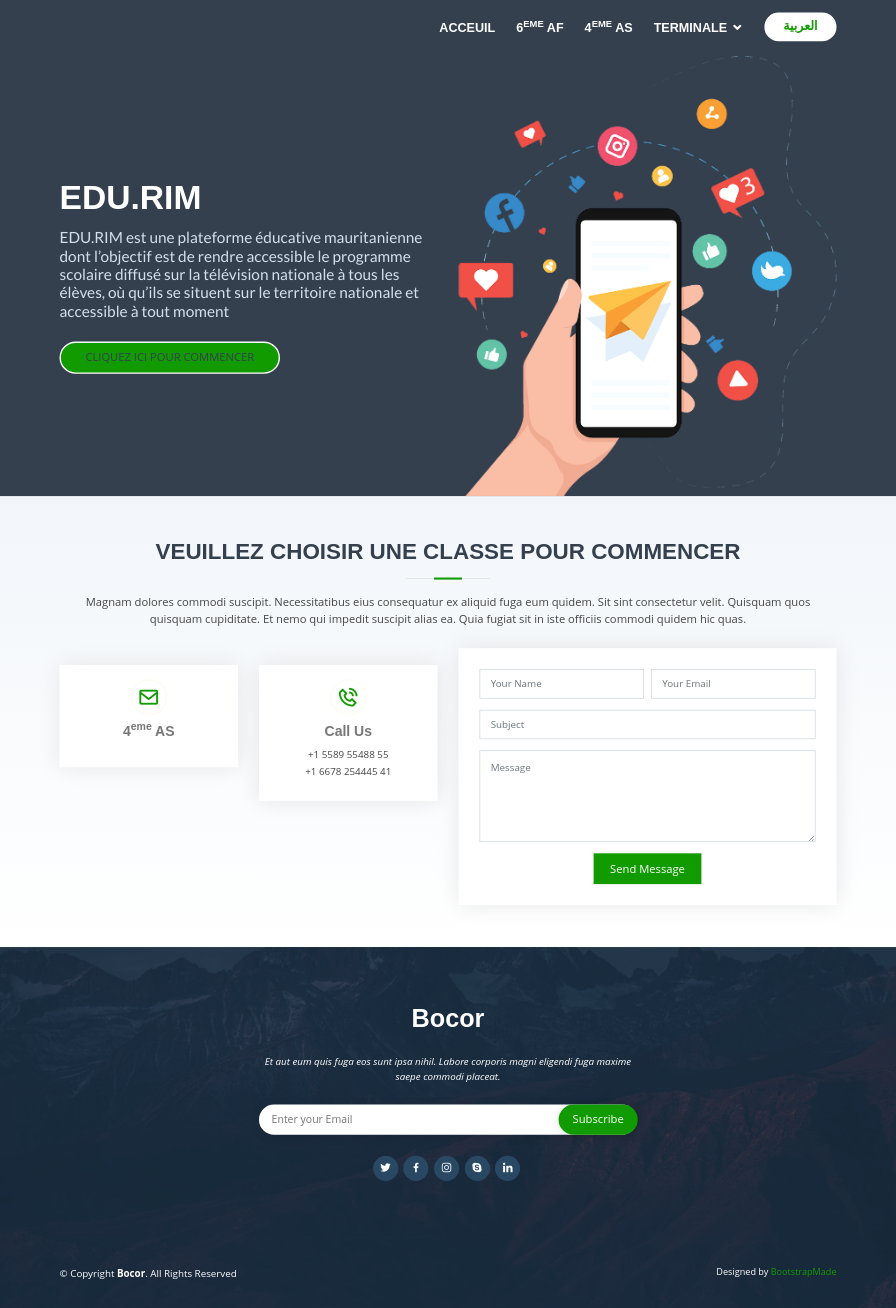
Repository: athiemohamed/courat
Page: http://localhost/
These files come from the project's save history. The page is drawn as it stood at one moment and after a run of saves; the edit follows.
The browser window is 1280 px wide. The pictures show the whole page, at 70% of full size.
Some web fonts or font styles are not loaded; a fallback is used. The page is run by PHP 8.4 with error messages shown; the project is at /var/www/html/. Other server files are loaded and not shown.

Above is the page before, as saved 2020-03-26 12:13:19.

### assets/css/style.css
/**
* Template Name: Bocor - v2.0.0
* Template URL: https://bootstrapmade.com/bocor-bootstrap-template-nice-animation/
* Author: BootstrapMade.com
* License: https://bootstrapmade.com/license/
*/

/*--------------------------------------------------------------
# General
--------------------------------------------------------------*/
body {
  font-family: "Open Sans", sans-serif;
  color: #444444;
}

a {
  color: #129b00;
}

a:hover {
  color: #129b00;
  text-decoration: none;
}

h1, h2, h3, h4, h5, h6 {
  font-family: "Raleway", sans-serif;
}

/*--------------------------------------------------------------
# Back to top button
--------------------------------------------------------------*/
.back-to-top {
  position: fixed;
  display: none;
  width: 40px;
  height: 40px;
  border-radius: 50px;
  right: 15px;
  bottom: 15px;
  background: #129b00;
  color: #fff;
  transition: display 0.5s ease-in-out;
  z-index: 99999;
  transition: all ease-in-out 0.3s;
}

.back-to-top i {
  font-size: 24px;
  position: absolute;
  top: 8px;
  left: 8px;
}

.back-to-top:hover {
  color: #fff;
  background: #129b00;
}

/*--------------------------------------------------------------
# Header
--------------------------------------------------------------*/
#header {
  height: 80px;
  transition: all 0.5s;
  z-index: 997;
  transition: all 0.5s;
  padding: 16px 0;
  background: #35404f;
}

#header .logo h1 {
  font-size: 24px;
  margin: 0;
  padding: 10px 0;
  line-height: 1;
  font-weight: 700;
  letter-spacing: 3px;
  text-transform: uppercase;
  font-family: "Poppins", sans-serif;
}

#header .logo h1 a, #header .logo h1 a:hover {
  color: #fff;
  text-decoration: none;
}

#header .logo h1 a span, #header .logo h1 a:hover span {
  color: #129b00;
}

#header .logo img {
  padding: 0;
  margin: 0;
  max-height: 40px;
}

/*--------------------------------------------------------------
# Navigation Menu
--------------------------------------------------------------*/
/* Desktop Navigation */
.nav-menu, .nav-menu * {
  margin: 0;
  padding: 0;
  list-style: none;
}

.nav-menu > ul > li {
  position: relative;
  white-space: nowrap;
  float: left;
}

.nav-menu ul {
  border-radius: 6px;
}

.nav-menu a {
  display: block;
  position: relative;
  color: #fff;
  font-weight: bold;
  padding: 10px 15px;
  transition: 0.3s;
  font-size: 18px;
  font-family: 'Cairo', sans-serif;
  font-weight: bold;
}

.nav-menu a:hover, .nav-menu .active > a, .nav-menu li:hover > a {
  color: #fff;
  text-decoration: none;
}

.nav-menu .get-started a {
  background: #fff;
  font-size: 18px;
  font-family: 'Cairo', sans-serif;
  color: #129b00;
  border-radius: 50px;
  margin: 2px 0 0 15px;
  padding: 4px 25px 6px 25px;
  border: 2px solid #fff;
}

.nav-menu .get-started a:hover {
  background: #129b00;
  color: #fff;
  border: 2px solid #129b00;
}

.nav-menu .drop-down ul {
  display: block;
  position: absolute;
  left: 0;
  top: calc(100% - 30px);
  z-index: 99;
  opacity: 0;
  visibility: hidden;
  padding: 10px 0;
  background: #fff;
  box-shadow: 0px 0px 30px rgba(127, 137, 161, 0.25);
  transition: ease all 0.3s;
}

.nav-menu .drop-down:hover > ul {
  opacity: 1;
  top: 100%;
  visibility: visible;
}

.nav-menu .drop-down li {
  min-width: 180px;
  position: relative;
}

.nav-menu .drop-down ul a {
  padding: 10px 20px;
  font-size: 14px;
  font-weight: 500;
  text-transform: none;
  color: #35404f;
}

.nav-menu .drop-down ul a:hover, .nav-menu .drop-down ul .active > a, .nav-menu .drop-down ul li:hover > a {
  color: #129b00;
}

.nav-menu .drop-down > a:after {
  content: "\ea99";
  font-family: IcoFont;
  padding-left: 5px;
}

.nav-menu .drop-down .drop-down ul {
  top: 0;
  left: calc(100% - 30px);
}

.nav-menu .drop-down .drop-down:hover > ul {
  opacity: 1;
  top: 0;
  left: 100%;
}

.nav-menu .drop-down .drop-down > a {
  padding-right: 35px;
}

.nav-menu .drop-down .drop-down > a:after {
  content: "\eaa0";
  font-family: IcoFont;
  position: absolute;
  right: 15px;
}

@media (max-width: 1366px) {
  .nav-menu .drop-down .drop-down ul {
    left: -90%;
  }
  .nav-menu .drop-down .drop-down:hover > ul {
    left: -100%;
  }
  .nav-menu .drop-down .drop-down > a:after {
    content: "\ea9d";
  }
}

/* Mobile Navigation */
.mobile-nav-toggle {
  position: fixed;
  right: 15px;
  top: 15px;
  z-index: 9998;
  border: 0;
  background: none;
  font-size: 24px;
  transition: all 0.4s;
  outline: none !important;
  line-height: 1;
  cursor: pointer;
  text-align: right;
}

.mobile-nav-toggle i {
  color: #fff;
}

.mobile-nav {
  position: fixed;
  top: 55px;
  right: 15px;
  bottom: 15px;
  left: 15px;
  z-index: 9999;
  overflow-y: auto;
  background: #fff;
  transition: ease-in-out 0.2s;
  opacity: 0;
  visibility: hidden;
  border-radius: 10px;
  padding: 10px 0;
}

.mobile-nav * {
  margin: 0;
  padding: 0;
  list-style: none;
}

.mobile-nav a {
  display: block;
  position: relative;
  color: #35404f;
  text-align: center;
  font-family: 'Cairo', sans-serif;
  font-weight: bold;
  padding: 10px 20px;
  outline: none;
  transition: 0.3s;
}

.mobile-nav a:hover, .mobile-nav .active > a, .mobile-nav li:hover > a {
  color: #129b00;
  text-decoration: none;
}

.mobile-nav .drop-down > a:after {
  content: "\ea99";
  font-family: IcoFont;
  padding-left: 10px;
  position: absolute;
  right: 15px;
}

.mobile-nav .active.drop-down > a:after {
  content: "\eaa1";
}

.mobile-nav .drop-down > a {
  text-align: center;
  font-family: 'Cairo', sans-serif;
  font-weight: bold;
}

.mobile-nav .drop-down ul {
  display: none;
  overflow: hidden;
}

.mobile-nav .drop-down li {
  text-align: center;
  font-family: 'Cairo', sans-serif;
}

.mobile-nav .get-started a {
  background: #35404f;
  color: #fff;
  font-family: 'Cairo', sans-serif;
  border-radius: 50px;
  margin: 15px;
  padding: 8px 25px 10px 25px;
  text-align: center;
}

.mobile-nav .get-started a:hover {
  background: #fff;
  color: #35404f;
  border: 1px solid #35404f;
}

.mobile-nav-overly {
  width: 100%;
  height: 100%;
  z-index: 9997;
  top: 0;
  left: 0;
  position: fixed;
  background: rgba(18, 33, 46, 0.6);
  overflow: hidden;
  display: none;
  transition: ease-in-out 0.2s;
}

.mobile-nav-active {
  overflow: hidden;
}

.mobile-nav-active .mobile-nav {
  opacity: 1;
  visibility: visible;
}

.mobile-nav-active .mobile-nav-toggle i {
  color: #fff;
}

/*--------------------------------------------------------------
# Hero Section
--------------------------------------------------------------*/
#hero {
  width: 100%;
  padding: 0 0 0 0;
  background: #35404f;
  background: linear-gradient(180deg, #35404f 0%, #35404f 35%, #35404f 100%);
}

#hero h1 {
  margin: 0 0 15px 0;
  font-size: 48px;
  font-weight: 700;
  line-height: 56px;
  color: #fff;
  font-family: "Cairo", sans-serif;
}

#hero h2 {
  font-family: 'Lato', sans-serif;
  color: #d2e0ed;
  margin-bottom: 30px;
  font-size: 22px;
}

#hero .btn-get-started {
  color: #35404f;
  border-radius: 50px;
  padding: 8px 35px 10px 35px;
  border: 2px solid #fff;
  transition: all ease-in-out 0.3s;
  display: inline-block;
  background: #129b00;
}

#hero .btn-get-started:hover {
  background: transparent;
  color: #fff;
}

@media (max-width: 991px) {
  #hero .hero-img {
    text-align: center;
  }
  #hero .hero-img img {
    width: 50%;
  }
}

@media (max-width: 768px) {
  #hero {
    -moz-text-align-last: center;
    text-align-last: center;
  }
  #hero h1 {
    font-size: 28px;
    line-height: 36px;
  }
  #hero h2 {
    font-size: 18px;
    line-height: 24px;
    margin-bottom: 30px;
  }
  #hero .hero-img img {
    width: 70%;
  }
}

@media (max-width: 575px) {
  #hero .hero-img img {
    width: 80%;
  }
}

/*--------------------------------------------------------------
# Sections General
--------------------------------------------------------------*/
section {
  padding: 60px 0;
  overflow: hidden;
}

.section-bg {
  background: linear-gradient(180deg, #f2f6fa 0%, #fff 100%);
}

.section-title {
  text-align: center;
  padding-bottom: 30px;
}

.section-title h2 {
  font-size: 32px;
  font-weight: 600;
  text-transform: uppercase;
  margin-bottom: 20px;
  padding-bottom: 20px;
  position: relative;
  font-family: "Poppins", sans-serif;
  color: #35404f;
}

.section-title h2::before {
  content: '';
  position: absolute;
  display: block;
  width: 120px;
  height: 1px;
  background: #ddd;
  bottom: 1px;
  left: calc(50% - 60px);
}

.section-title h2::after {
  content: '';
  position: absolute;
  display: block;
  width: 40px;
  height: 3px;
  background: #129b00;
  bottom: 0;
  left: calc(50% - 20px);
}

.section-title p {
  margin-bottom: 0;
}

/*--------------------------------------------------------------
# Clients
--------------------------------------------------------------*/
.clients {
  padding: 0;
}

.clients .client-logo {
  display: flex;
  justify-content: center;
  align-items: center;
  overflow: hidden;
  height: 120px;
}

.clients .client-logo img {
  height: 40px;
}

.clients .client-logo:hover img {
  transform: scale(1.2);
}

.clients img {
  transition: all 0.4s ease-in-out;
}

/*--------------------------------------------------------------
# About
--------------------------------------------------------------*/
.about .content {
  padding: 30px 0;
}

.about .content h3 {
  font-weight: 700;
  font-size: 34px;
  color: #35404f;
}

.about .content p {
  margin-bottom: 0;
}

.about .content .icon-box {
  margin-top: 25px;
}

.about .content .icon-box h4 {
  font-size: 20px;
  font-weight: 700;
  margin: 5px 0 10px 60px;
  color: #35404f;
}

.about .content .icon-box h4 a {
  color: #35404f;
  transition: 0.3s;
}

.about .content .icon-box h4 a:hover {
  color: #129b00;
}

.about .content .icon-box i {
  font-size: 48px;
  float: left;
  color: #129b00;
}

.about .content .icon-box p {
  font-size: 15px;
  color: #848484;
  margin-left: 60px;
}

.about .image {
  background: url("../img/about.jpg") center center no-repeat;
  background-size: cover;
  min-height: 400px;
}

@media (max-width: 667px) {
  .about .image img {
    max-width: 100%;
  }
}

/*--------------------------------------------------------------
# Services
--------------------------------------------------------------*/
.services {
  padding-bottom: 40px;
}

.services .card {
  border: 0;
  padding: 0 30px;
  margin-bottom: 60px;
  position: relative;
  background: transparent;
}

.services .card-img {
  width: calc(100% + 60px);
  margin-left: -30px;
  overflow: hidden;
  z-index: 9;
  border-radius: 0;
}

.services .card-img img {
  max-width: 100%;
  transition: all 0.3s ease-in-out;
}

.services .card-body {
  z-index: 10;
  background: #fff;
  border-top: 4px solid #fff;
  padding: 30px;
  box-shadow: 0px 2px 15px rgba(0, 0, 0, 0.1);
  margin-top: -60px;
  transition: 0.3s;
}

.services .card-title {
  font-weight: 700;
  text-align: center;
  margin-bottom: 20px;
}

.services .card-title a {
  color: #35404f;
  transition: 0.3s;
}

.services .card-text {
  color: #5e5e5e;
}

.services .read-more a {
  color: #777777;
  text-transform: uppercase;
  font-weight: 600;
  font-size: 12px;
  transition: 0.3s;
}

.services .read-more a:hover {
  color: #129b00;
}

.services .card:hover img {
  transform: scale(1.1);
}

.services .card:hover .card-body {
  border-color: #129b00;
}

.services .card:hover .card-body .card-title a {
  color: #129b00;
}

/*--------------------------------------------------------------
# Features
--------------------------------------------------------------*/
.features .content + .content {
  margin-top: 100px;
}

.features .content h3 {
  font-weight: 700;
  font-size: 26px;
  color: #35404f;
}

.features .content ul {
  list-style: none;
  padding: 0;
}

.features .content ul li {
  padding-bottom: 10px;
}

.features .content ul i {
  font-size: 20px;
  padding-right: 4px;
  color: #129b00;
}

.features .content p:last-child {
  margin-bottom: 0;
}

/*--------------------------------------------------------------
# Portfolio
--------------------------------------------------------------*/
.portfolio .portfolio-item {
  margin-bottom: 30px;
}

.portfolio #portfolio-flters {
  padding: 0;
  margin: 0 0 35px 0;
  list-style: none;
  text-align: center;
}

.portfolio #portfolio-flters li {
  cursor: pointer;
  margin: 0 5px 5px 0;
  display: inline-block;
  padding: 10px 15px;
  font-size: 16px;
  font-weight: 600;
  line-height: 20px;
  color: #444444;
  margin-bottom: 5px;
  transition: all 0.3s ease-in-out;
}

.portfolio #portfolio-flters li:hover, .portfolio #portfolio-flters li.filter-active {
  color: #129b00;
}

.portfolio #portfolio-flters li:last-child {
  margin-right: 0;
}

.portfolio .portfolio-wrap {
  transition: 0.3s;
  position: relative;
  overflow: hidden;
  border-radius: 8px;
  z-index: 1;
}

.portfolio .portfolio-wrap::before {
  content: "";
  background: rgba(33, 59, 82, 0.6);
  position: absolute;
  left: 100%;
  right: 0;
  top: 0;
  bottom: 0;
  transition: all ease-in-out 0.3s;
  z-index: 2;
}

.portfolio .portfolio-wrap img {
  transition: 0.3s;
}

.portfolio .portfolio-wrap .portfolio-links {
  opacity: 0;
  left: 0;
  right: 0;
  top: calc(50% - 36px);
  text-align: center;
  z-index: 3;
  position: absolute;
  transition: all ease-in-out 0.3s;
}

.portfolio .portfolio-wrap .portfolio-links a {
  color: #129b00;
  font-size: 24px;
  line-height: 1;
  text-align: center;
  width: 36px;
  height: 36px;
  display: inline-block;
  transition: 0.3s;
}

.portfolio .portfolio-wrap .portfolio-links a:hover {
  color: #fff;
}

.portfolio .portfolio-wrap .portfolio-info {
  opacity: 0;
  position: absolute;
  bottom: -20px;
  left: 0;
  right: 0;
  text-align: center;
  z-index: 3;
  transition: all ease-in-out 0.3s;
}

.portfolio .portfolio-wrap .portfolio-info h4 {
  font-size: 20px;
  color: #fff;
  font-weight: 600;
}

.portfolio .portfolio-wrap .portfolio-info p {
  color: #ffffff;
  font-size: 14px;
  text-transform: uppercase;
}

.portfolio .portfolio-wrap:hover::before {
  left: 0;
}

.portfolio .portfolio-wrap:hover .portfolio-links {
  opacity: 1;
  top: calc(50% - 18px);
}

.portfolio .portfolio-wrap:hover .portfolio-info {
  opacity: 1;
  bottom: 0;
}

/*--------------------------------------------------------------
# Team
--------------------------------------------------------------*/
.team .member {
  text-align: center;
  margin-bottom: 20px;
}

.team .member .pic {
  margin-bottom: 15px;
  overflow: hidden;
  min-height: 260px;
}

.team .member .pic img {
  max-width: 100%;
}

.team .member h4 {
  font-weight: 700;
  margin-bottom: 2px;
  font-size: 18px;
  color: #35404f;
}

.team .member span {
  font-style: italic;
  display: block;
  font-size: 13px;
}

.team .member .social {
  margin-top: 15px;
}

.team .member .social a {
  color: #5289ba;
  transition: 0.3s;
}

.team .member .social a:hover {
  color: #129b00;
}

.team .member .social i {
  font-size: 18px;
  margin: 0 2px;
}

/*--------------------------------------------------------------
# Pricing
--------------------------------------------------------------*/
.pricing .row {
  padding-top: 40px;
}

.pricing .box {
  padding: 40px;
  margin-bottom: 30px;
  box-shadow: 0px 0px 30px rgba(73, 78, 92, 0.15);
  background: #fff;
  text-align: center;
  position: relative;
}

.pricing .featured-badge {
  display: inline-block;
  position: absolute;
  top: -11px;
  left: calc(50% - 49px);
  background: #129b00;
  color: #fff;
  text-align: center;
  line-height: 1;
  border-radius: 50px;
  padding: 4px 20px 5px 20px;
  font-size: 12px;
  text-transform: uppercase;
}

.pricing h3 {
  font-weight: 300;
  margin-bottom: 15px;
  font-size: 28px;
}

.pricing h4 {
  font-size: 46px;
  color: #129b00;
  font-weight: 400;
  font-family: "Open Sans", sans-serif;
  margin-bottom: 25px;
}

.pricing h4 span {
  color: #bababa;
  font-size: 18px;
  display: block;
}

.pricing ul {
  padding: 0;
  list-style: none;
  color: #999;
  text-align: left;
  line-height: 20px;
}

.pricing ul li {
  padding-bottom: 12px;
}

.pricing ul i {
  color: #129b00;
  font-size: 18px;
  padding-right: 4px;
}

.pricing ul .na {
  color: #ccc;
}

.pricing ul .na i {
  color: #ccc;
}

.pricing ul .na span {
  text-decoration: line-through;
}

.pricing .get-started-btn {
  background: #35404f;
  display: inline-block;
  padding: 6px 30px;
  border-radius: 20px;
  color: #fff;
  transition: none;
  font-size: 14px;
  font-weight: 400;
  font-family: "Raleway", sans-serif;
  transition: 0.3s;
}

.pricing .get-started-btn:hover {
  background: #129b00;
}

.pricing .featured {
  z-index: 10;
  margin: -30px -5px 0 -5px;
  border: 1px solid #129b00;
}

.pricing .featured .get-started-btn {
  background: #129b00;
}

.pricing .featured .get-started-btn:hover {
  background: #fdcd5c;
}

@media (max-width: 992px) {
  .pricing .box {
    max-width: 60%;
    margin: 0 auto 30px auto;
  }
}

@media (max-width: 767px) {
  .pricing .box {
    max-width: 80%;
    margin: 0 auto 30px auto;
  }
}

@media (max-width: 420px) {
  .pricing .box {
    max-width: 100%;
    margin: 0 auto 30px auto;
  }
}

/*--------------------------------------------------------------
# Frequently Asked Questions
--------------------------------------------------------------*/
.faq .faq-item {
  margin: 20px 0;
  padding: 20px 0;
  border-bottom: 1px solid #dde8f1;
}

.faq .faq-item i {
  color: #9bbbd7;
  font-size: 20px;
  float: left;
  line-height: 0;
  padding: 13px 0 0 0;
  margin: 0;
}

.faq .faq-item h4 {
  font-size: 16px;
  line-height: 26px;
  font-weight: 500;
  margin: 0 0 10px 28px;
  font-family: "Poppins", sans-serif;
}

.faq .faq-item p {
  font-size: 15px;
}

/*--------------------------------------------------------------
# Contact
--------------------------------------------------------------*/
.contact .info-box {
  color: #444444;
  text-align: center;
  box-shadow: 0 0 30px rgba(214, 215, 216, 0.6);
  padding: 20px 0 30px 0;
  background: #fff;
}

.contact .info-box i {
  font-size: 32px;
  color: #129b00;
  border-radius: 50%;
  padding: 8px;
  border: 2px dotted #fff7e5;
}

.contact .info-box h3 {
  font-size: 20px;
  color: #777777;
  font-weight: 700;
  margin: 10px 0;
}

.contact .info-box p {
  padding: 0;
  line-height: 24px;
  font-size: 14px;
  margin-bottom: 0;
}

.contact .php-email-form {
  box-shadow: 0 0 30px rgba(214, 215, 216, 0.6);
  padding: 30px;
  background: #fff;
}

.contact .php-email-form .validate {
  display: none;
  color: red;
  margin: 0 0 15px 0;
  font-weight: 400;
  font-size: 13px;
}

.contact .php-email-form .error-message {
  display: none;
  color: #fff;
  background: #ed3c0d;
  text-align: center;
  padding: 15px;
  font-weight: 600;
}

.contact .php-email-form .sent-message {
  display: none;
  color: #fff;
  background: #18d26e;
  text-align: center;
  padding: 15px;
  font-weight: 600;
}

.contact .php-email-form .loading {
  display: none;
  background: #fff;
  text-align: center;
  padding: 15px;
}

.contact .php-email-form .loading:before {
  content: "";
  display: inline-block;
  border-radius: 50%;
  width: 24px;
  height: 24px;
  margin: 0 10px -6px 0;
  border: 3px solid #18d26e;
  border-top-color: #eee;
  -webkit-animation: animate-loading 1s linear infinite;
  animation: animate-loading 1s linear infinite;
}

.contact .php-email-form input, .contact .php-email-form textarea {
  border-radius: 0;
  box-shadow: none;
  font-size: 14px;
}

.contact .php-email-form input::focus, .contact .php-email-form textarea::focus {
  background-color: #129b00;
}

.contact .php-email-form input {
  padding: 20px 15px;
}

.contact .php-email-form textarea {
  padding: 12px 15px;
}

.contact .php-email-form button[type="submit"] {
  background: #129b00;
  border: 0;
  padding: 10px 24px;
  color: #fff;
  transition: 0.4s;
}

.contact .php-email-form button[type="submit"]:hover {
  background: #fdd067;
}

@-webkit-keyframes animate-loading {
  0% {
    transform: rotate(0deg);
  }
  100% {
    transform: rotate(360deg);
  }
}

@keyframes animate-loading {
  0% {
    transform: rotate(0deg);
  }
  100% {
    transform: rotate(360deg);
  }
}

/*--------------------------------------------------------------
# Footer
--------------------------------------------------------------*/
#footer {
  background: url("../img/footer-bg.jpg") center center no-repeat;
  color: #fff;
  font-size: 14px;
  position: relative;
}

#footer::before {
  content: "";
  position: absolute;
  left: 0;
  right: 0;
  top: 0;
  bottom: 0;
  background: rgba(26, 46, 64, 0.85);
  z-index: 1;
}

#footer .footer-top {
  position: relative;
  z-index: 2;
  text-align: center;
  padding: 80px 0;
}

#footer .footer-top h3 {
  font-size: 36px;
  font-weight: 700;
  color: #fff;
  position: relative;
  font-family: "Poppins", sans-serif;
  padding-bottom: 0;
  margin-bottom: 0;
}

#footer .footer-top p {
  font-size: 15;
  font-style: italic;
  margin: 30px 0 0 0;
  padding: 0;
}

#footer .footer-top .footer-newsletter {
  text-align: center;
  font-size: 15px;
  margin-top: 30px;
}

#footer .footer-top .footer-newsletter form {
  background: #fff;
  padding: 6px 10px;
  position: relative;
  border-radius: 50px;
  box-shadow: 0px 2px 15px rgba(0, 0, 0, 0.1);
  text-align: left;
}

#footer .footer-top .footer-newsletter form input[type="email"] {
  border: 0;
  padding: 4px 8px;
  width: calc(100% - 100px);
}

#footer .footer-top .footer-newsletter form input[type="submit"] {
  position: absolute;
  top: 0;
  right: -1px;
  bottom: 0;
  border: 0;
  background: none;
  font-size: 16px;
  padding: 0 20px;
  background: #129b00;
  color: #fff;
  transition: 0.3s;
  border-radius: 50px;
  box-shadow: 0px 2px 15px rgba(0, 0, 0, 0.1);
}

#footer .footer-top .footer-newsletter form input[type="submit"]:hover {
  background: #fcb102;
}

#footer .footer-top .social-links {
  margin-top: 30px;
}

#footer .footer-top .social-links a {
  font-size: 18px;
  display: inline-block;
  background: #284864;
  color: #fff;
  line-height: 1;
  padding: 8px 0;
  margin-right: 4px;
  border-radius: 50%;
  text-align: center;
  width: 36px;
  height: 36px;
  transition: 0.3s;
}

#footer .footer-top .social-links a:hover {
  background: #fcb102;
  color: #fff;
  text-decoration: none;
}

#footer .footer-bottom {
  border-top: 1px solid #1a2e40;
  z-index: 2;
  position: relative;
  padding-top: 40px;
  padding-bottom: 40px;
}

#footer .copyright {
  text-align: center;
  float: left;
}

#footer .credits {
  float: right;
  text-align: center;
  font-size: 13px;
}

@media (max-width: 768px) {
  #footer .copyright, #footer .credits {
    padding: 5px;
    float: none;
    text-align: ceneter;
  }
}









/* CUSTOM */
.info-box span {
  border: 1px solid #129b00;
  border-radius: 50% !important;
  margin: 0 5px;
}

Loaded but not shown: assets/js/main.js (117 lines, source omitted); index.php (269 lines, source omitted)

After the next 2 saves:
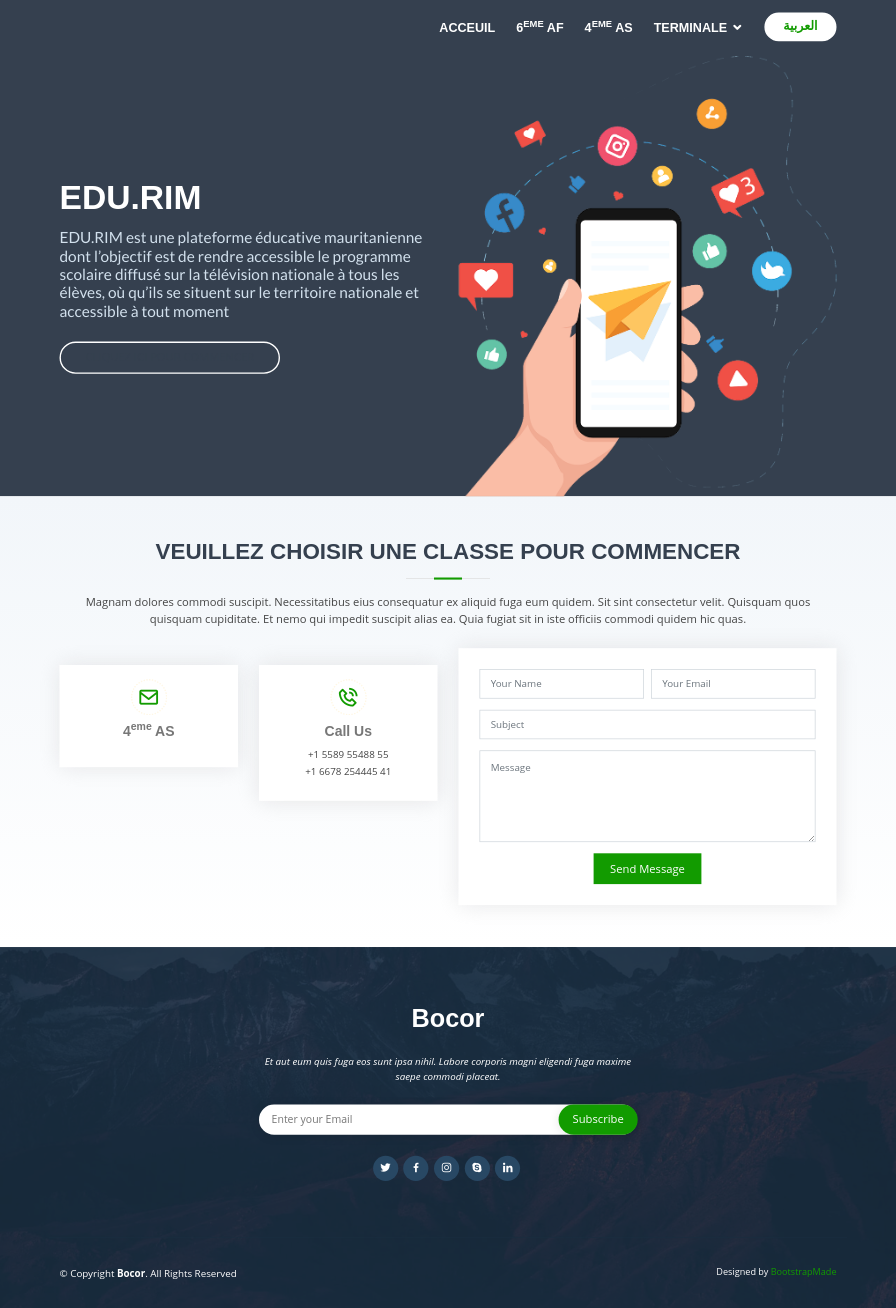
The 2 saves are shown as one change because they came seconds apart.
The last was saved 10 s later.
--- a/assets/css/style.css
+++ b/assets/css/style.css
@@ -387,7 +387,7 @@ h1, h2, h3, h4, h5, h6 {
   border: 2px solid #fff;
   transition: all ease-in-out 0.3s;
   display: inline-block;
-  background: #129b00;
+  background: #35;
 }
 
 #hero .btn-get-started:hover {
